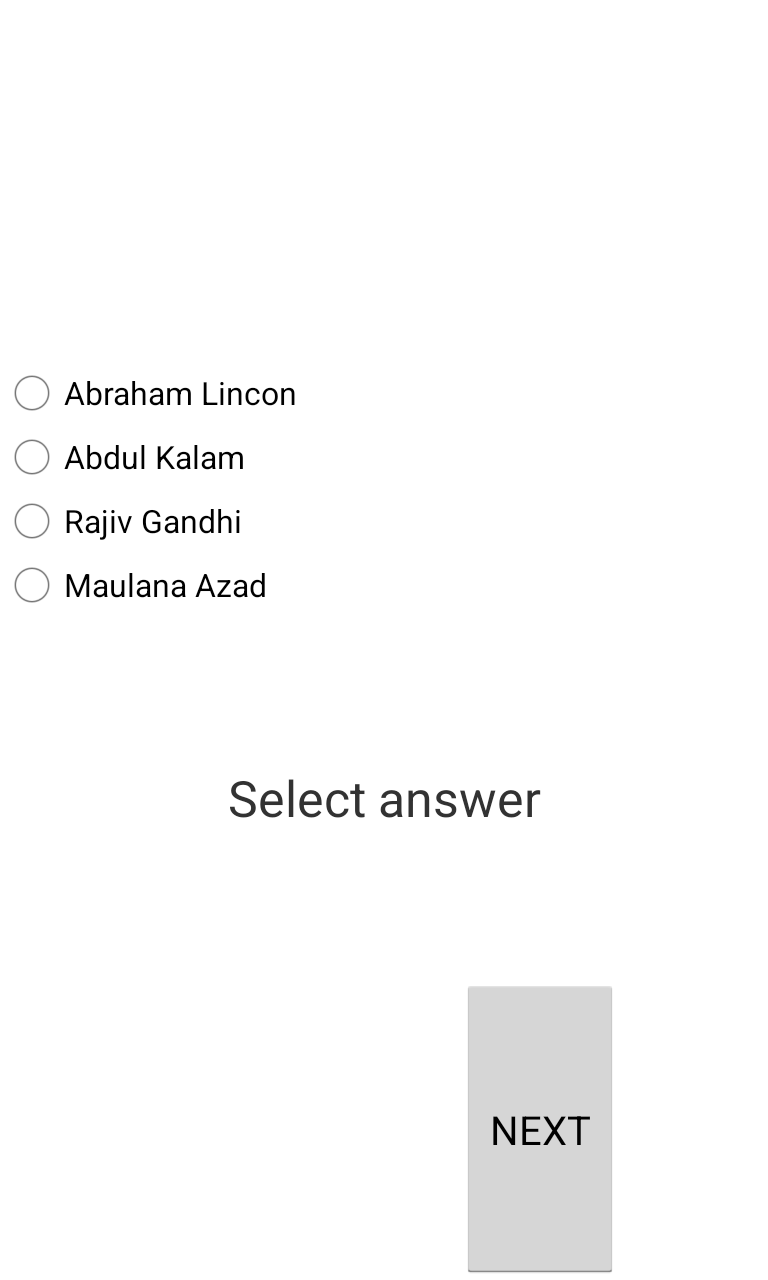
Repository: rupaligarje123/aakash
Layout: androidphotoquiz/FunChem1/photoquiz/res/layout/que8.xml
An editor plug-in stored every save of this project. The layout is shown before and after the next save, followed by the edit.
It is drawn on a 768 x 1280 px phone screen (xhdpi) without system bars, with theme AppTheme; the app's code is not run.

Above is the layout before, as saved 2013-04-18 08:59:19.

After the next save:
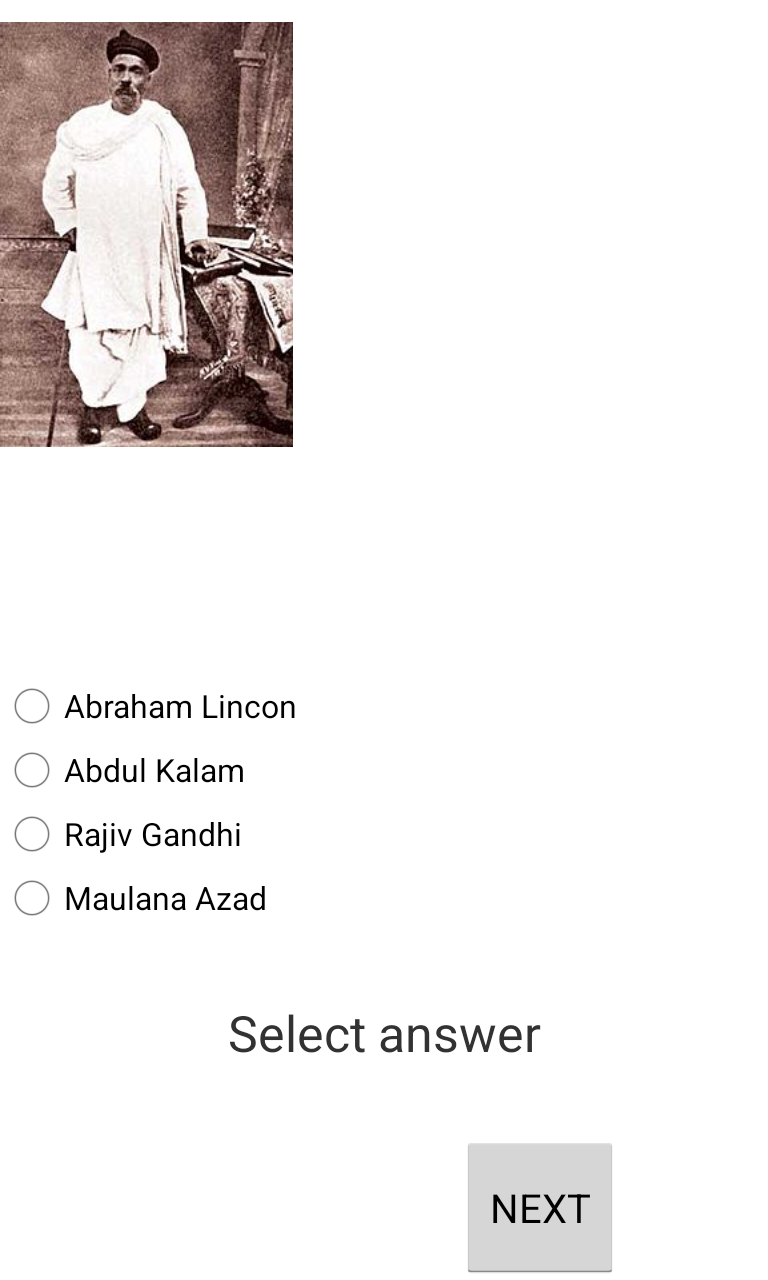
Saved 20 s later.
--- a/androidphotoquiz/FunChem1/photoquiz/res/layout/que8.xml
+++ b/androidphotoquiz/FunChem1/photoquiz/res/layout/que8.xml
@@ -4,6 +4,12 @@
     android:layout_height="wrap_content"
     android:orientation="vertical" >
 
+    <ImageView
+        android:id="@+id/imageView1"
+        android:layout_width="wrap_content"
+        android:layout_height="wrap_content"
+        android:layout_weight="1"
+        android:src="@drawable/pic8" />
 
     <TextView
         android:id="@+id/editText1"
